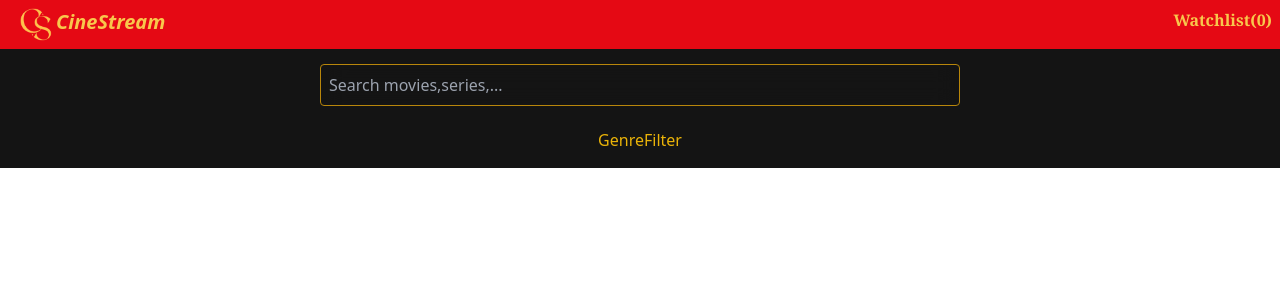
Repository: Reshmashameem31/Cine-Stream
Page: /watchlist (app in movie-project/)
The author's editor kept a copy of each file at every save. The page is drawn from the files as they stood at one save, then again after a run of saves.
The browser window is 1280 px wide. The pictures show the whole page.
The project was rebuilt for these pictures with package versions that can differ from the ones it lists, and the page was loaded fresh each time. Also part of the build but not shown: movie-project/vite.config.js, movie-project/src/Components/Moviecard.jsx, movie-project/src/pages/Home.jsx.

Above is the page before, as saved 2025-08-16 13:12:51.

After the next 3 saves:
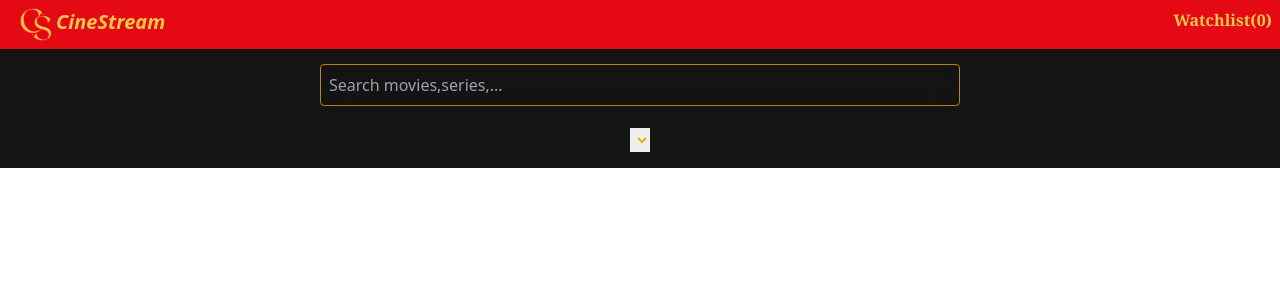
The 3 saves are shown as one change because they came seconds apart.
The last was saved 37 s later.
--- a/movie-project/src/Components/GenreFilter.jsx
+++ b/movie-project/src/Components/GenreFilter.jsx
@@ -2,7 +2,7 @@ import React from 'react'
 
 const GenreFilter = () => {
   return (
-    <div>GenreFilter</div>
+    <select></select>
   )
 }
 
